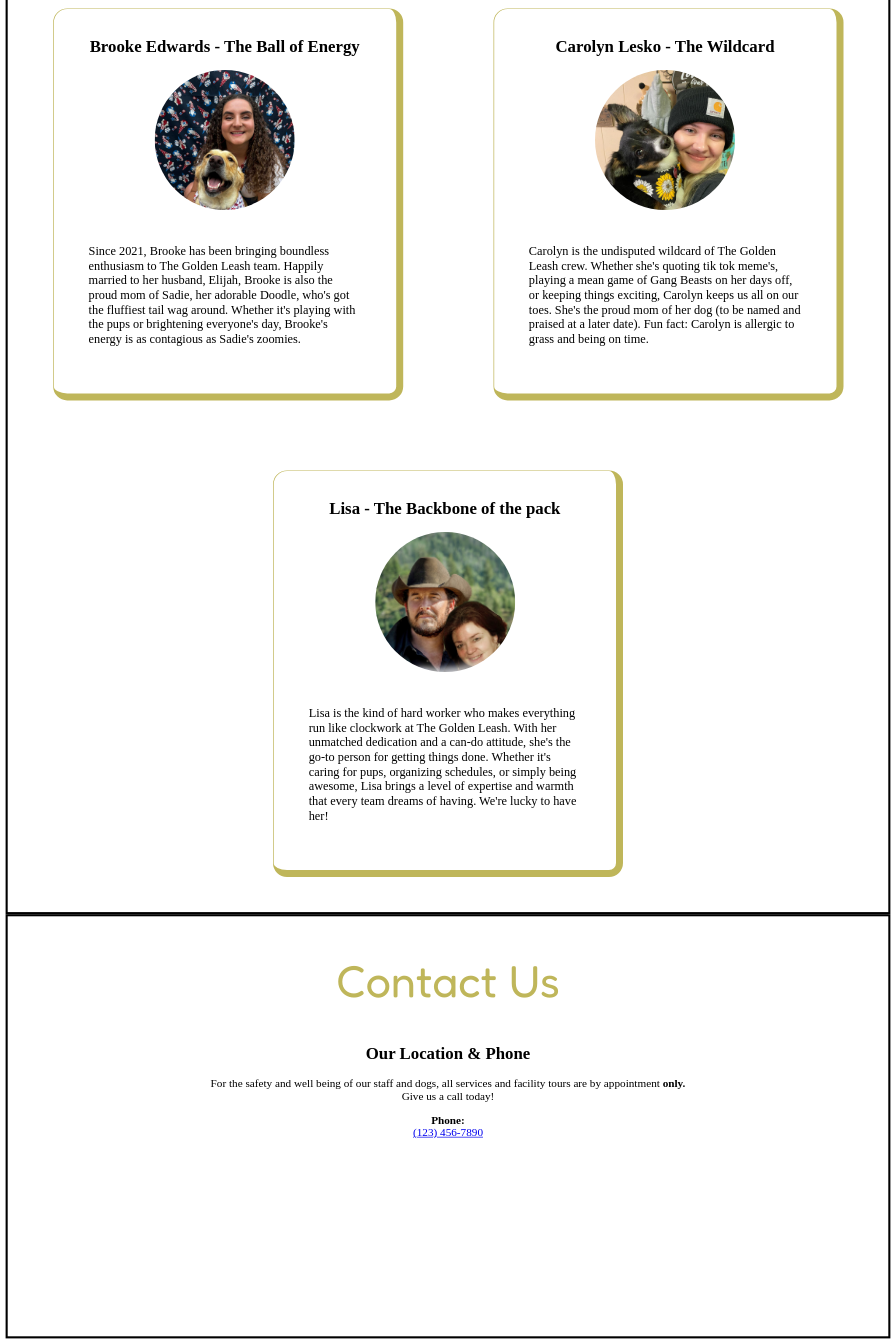
Repository: Aworminator/Thegoldenleash
Page: index.html
An editor plug-in stored every save of this project. The page is shown before and after a run of saves, followed by the edit.
The browser window is 1280 px wide. The pictures show the part of the page from y = 2820 to 4740 px (the page is 4740 px tall), at 70% of full size.

Above is the page before, as saved 2025-07-23 22:23:26.

After the next 2 saves:
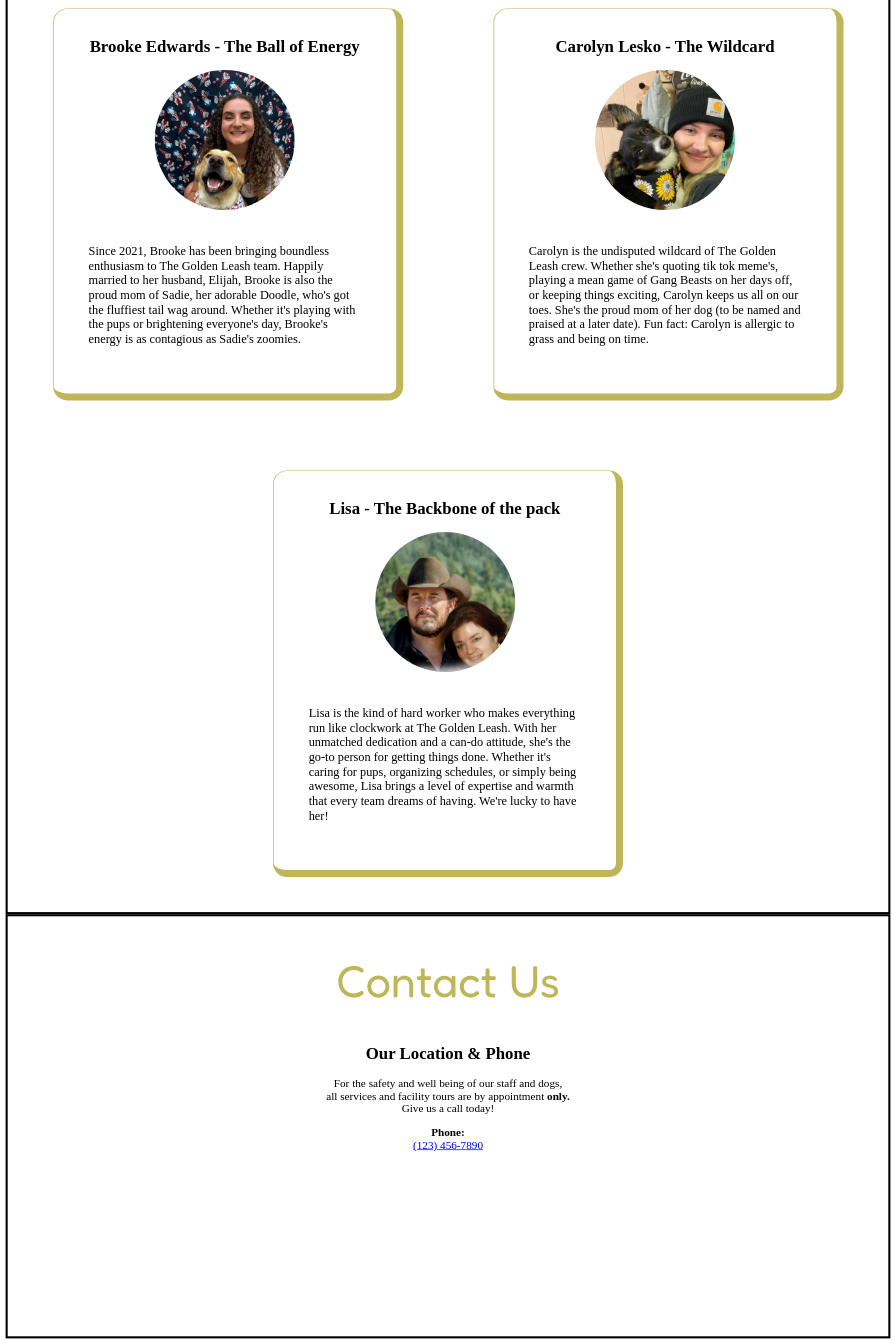
The 2 saves are shown as one change because they came seconds apart.
The last was saved 25 s later.
--- a/index.html
+++ b/index.html
@@ -145,7 +145,8 @@
       <h1>Contact Us</h1>
       <h2>Our Location & Phone</h2>
       <div class="address-phone">
-        <p>For the safety and well being of our staff and dogs, all services and facility tours are by appointment <strong>only.</strong>
+        <p>For the safety and well being of our staff and dogs, <br>
+           all services and facility tours are by appointment <strong>only.</strong>
         <br>Give us a call today!
       </p>
         <p>
